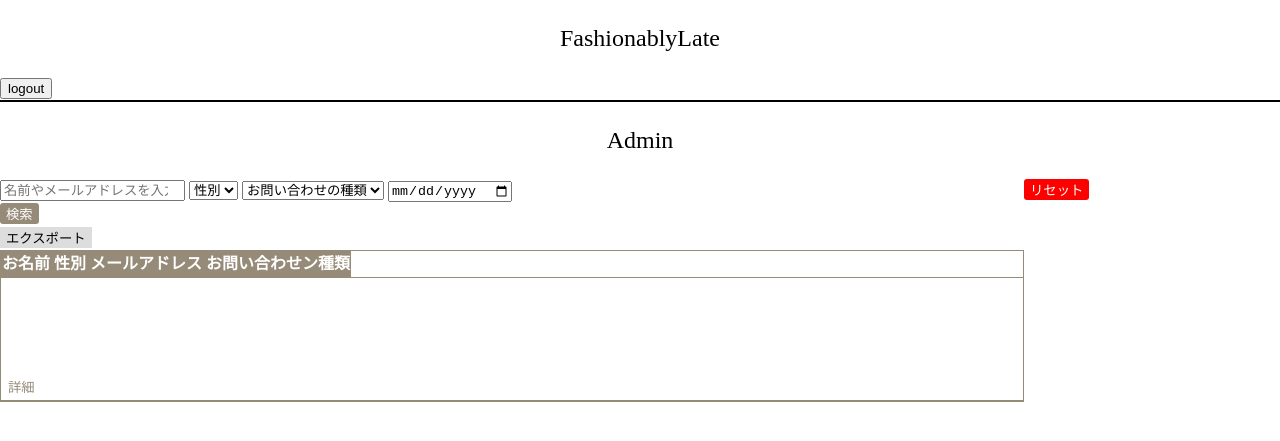
Repository: mayu-ya/test_form
Page: http://localhost/
An editor plug-in stored every save of this project. The page is shown before and after the next save, followed by the edit.
The browser window is 1280 px wide. The pictures show the whole page.
The page is served by the project's Laravel application, run on PHP 8.4 with Laravel 8. Other server files are loaded and not shown.

Above is the page before, as saved 2026-01-17 17:36:23.

### src/routes/web.php
<?php

use Illuminate\Support\Facades\Route;
use App\Http\Controllers\ContactController;

/*
|--------------------------------------------------------------------------
| Web Routes
|--------------------------------------------------------------------------
|
| Here is where you can register web routes for your application. These
| routes are loaded by the RouteServiceProvider within a group which
| contains the "web" middleware group. Now create something great!
|
*/

Route::get('/', [ContactController::class, 'index']);

### src/app/Http/Controllers/ContactController.php
<?php

namespace App\Http\Controllers;

use Illuminate\Http\Request;

class ContactController extends Controller
{
    public function index()
    {
        return view('admin');
    }
}

### src/resources/views/admin.blade.php
@extends('layouts.app')

@section('css')
<link rel="stylesheet" href="{{ asset('css/admin.css') }}">
@endsection

@section('header')
<nav class="header">
    <form action="">
        <button class="header__button">logout</button>
    </form>
</nav>
@endsection

@section('content')
<div class="content">
    <div class="title">
        <h2 class="title-h">Admin</h2>
    </div>

    <div class="search">
        <form action="" class="form__search">
            <div class="form__search-item">
                <input type="search" name="name" placeholder="名前やメールアドレスを入力してください">
                <select name="gender">
                    <option value="">性別</option>
                </select>
                <select name="content">
                    <option value="">お問い合わせの種類</option>
                </select>
                <input type="date" name="date">
                <div class="search__button">
                    <button class="search__button-submit" tyup="submit">検索</button>
                </div>
            </div>
        </form>
        <form action="" class="reset__button">
            <button class="reset__button-submit">リセット</button>
        </form>
    </div>

    <div class="export">
        <form action="" class="form__export">
            <button class="form__export-button">エクスポート</button>
        </form>
    </div>

    <div class="table-content">
        <table class="table">
            <tr class="table-row">
                <th class="table-title">
                    <span class="table-span">お名前</span>
                    <span class="table-span">性別</span>
                    <span class="table-span">メールアドレス</span>
                    <span class="table-span">お問い合わせン種類</span>
                </th>
            </tr>
            <tr class="table-row">
                <td class="table__item">
                    <form class="form">
                        <div class="form__item">
                            <div class="form__item-name">
                                <input type="text" class="form__item-input">
                            </div>
                            <div class="form_item-gender">
                                <input type="text" class="form__item-input">
                            </div>
                            <div class="form_item-email">
                                <input type="text" class="form__item-input">
                            </div>
                            <div class="form_item-content">
                                <input type="text" class="form__item-input">
                            </div>
                        </div>
                        <div class="form__button">
                            <button class="form__button-detail">詳細</button>
                        </div>
                    </form>
                </td>
            </tr>
        </table>
    </div>
</div>
@endsection

### src/resources/views/layouts/app.blade.php
<!DOCTYPE html>
<html lang="ja">
<head>
    <meta charset="UTF-8">
    <meta name="viewport" content="width=device-width, initial-scale=1.0">
    <title>FashionablyLate</title>
    <link rel="stylesheet" href="{{ asset('css/common.css') }}">
    <link rel="stylesheet" href="{{ asset('css/sanitize.css') }}">
    @yield('css')
</head>
<body>
    <header class="header">
        <div class="header-title">
            <div class="header-title__item">FashionablyLate</div>
        </div>
        @yield('header')
    </header>

    <main>
        @yield('content')
    </main>
</body>
</html>

### src/public/css/common.css
.header{
    border-bottom: 1px solid #000;
}

.header-title {
    margin: 0 auto;
    padding: 20px 15px;
    max-width: 1230px;
}

.header-title__item {
    font-size: 24px;
    text-align: center;
}

### src/public/css/sanitize.css
/* Document
* ========================================================================== */

/**
* Add border box sizing in all browsers (opinionated).
*/

*,
::before,
::after {
  box-sizing: border-box;
}

/**
* 1. Add text decoration inheritance in all browsers (opinionated).
* 2. Add vertical alignment inheritance in all browsers (opinionated).
*/

::before,
::after {
  vertical-align: inherit;
  /* 2 */
  text-decoration: inherit;
  /* 1 */
}

/**
* 1. Use the default cursor in all browsers (opinionated).
* 2. Change the line height in all browsers (opinionated).
* 3. Use a 4-space tab width in all browsers (opinionated).
* 4. Remove the grey highlight on links in iOS (opinionated).
* 5. Prevent adjustments of font size after orientation changes in
*    IE on Windows Phone and in iOS.
* 6. Breaks words to prevent overflow in all browsers (opinionated).
*/

html {
  word-break: break-word;
  /* 6 */
  -moz-tab-size: 4;
  /* 3 */
  tab-size: 4;
  /* 3 */
  line-height: 1.5;
  /* 2 */
  cursor: default;
  /* 1 */

  -webkit-tap-highlight-color: transparent
    /* 4 */
  ;
  -ms-text-size-adjust: 100%;
  /* 5 */
  -webkit-text-size-adjust: 100%;
  /* 5 */
}

/* Sections
* ========================================================================== */

/**
* Remove the margin in all browsers (opinionated).
*/

body {
  margin: 0;
}

/**
* Correct the font size and margin on `h1` elements within `section` and
* `article` contexts in Chrome, Edge, Firefox, and Safari.
*/

h1 {
  margin: 0.67em 0;
  font-size: 2em;
}

/* Grouping content
* ========================================================================== */

/**
* Remove the margin on nested lists in Chrome, Edge, IE, and Safari.
*/

dl dl,
dl ol,
dl ul,
ol dl,
ul dl {
  margin: 0;
}

/**
* Remove the margin on nested lists in Edge 18- and IE.
*/

ol ol,
ol ul,
ul ol,
ul ul {
  margin: 0;
}

/**
* 1. Add the correct sizing in Firefox.
* 2. Show the overflow in Edge 18- and IE.
*/

hr {
  overflow: visible;
  /* 2 */
  height: 0;
  /* 1 */
}

/**
* Add the correct display in IE.
*/

main {
  display: block;
}

/**
* Remove the list style on navigation lists in all browsers (opinionated).
*/

nav ol,
nav ul {
  padding: 0;
  list-style: none;
}

/**
* 1. Correct the inheritance and scaling of font size in all browsers.
* 2. Correct the odd `em` font sizing in all browsers.
*/

pre {
  font-size: 1em;
  /* 2 */
  font-family: monospace, monospace;
  /* 1 */
}

/* Text-level semantics
* ========================================================================== */

/**
* Remove the gray background on active links in IE 10.
*/

a {
  background-color: transparent;
}

/**
* Add the correct text decoration in Edge 18-, IE, and Safari.
*/

abbr[title] {
  text-decoration: underline;
  text-decoration: underline dotted;
}

/**
* Add the correct font weight in Chrome, Edge, and Safari.
*/

b,
strong {
  font-weight: bolder;
}

/**
* 1. Correct the inheritance and scaling of font size in all browsers.
* 2. Correct the odd `em` font sizing in all browsers.
*/

code,
kbd,
samp {
  font-size: 1em;
  /* 2 */
  font-family: monospace, monospace;
  /* 1 */
}

/**
* Add the correct font size in all browsers.
*/

small {
  font-size: 80%;
}

/* Embedded content
* ========================================================================== */

/*
* Change the alignment on media elements in all browsers (opinionated).
*/

audio,
canvas,
iframe,
img,
svg,
video {
  vertical-align: middle;
}

/**
* Add the correct display in IE 9-.
*/

audio,
video {
  display: inline-block;
}

/**
* Add the correct display in iOS 4-7.
*/

audio:not([controls]) {
  display: none;
  height: 0;
}

/**
* Remove the border on iframes in all browsers (opinionated).
*/

iframe {
  border-style: none;
}

/**
* Remove the border on images within links in IE 10-.
*/

img {
  border-style: none;
}

/**
* Change the fill color to match the text color in all browsers (opinionated).
*/

svg:not([fill]) {
  fill: currentColor;
}

/**
* Hide the overflow in IE.
*/

svg:not(:root) {
  overflow: hidden;
}

/* Tabular data
* ========================================================================== */

/**
* Collapse border spacing in all browsers (opinionated).
*/

table {
  border-collapse: collapse;
}

/* Forms
* ========================================================================== */

/**
* Remove the margin on controls in Safari.
*/

button,
input,
select {
  margin: 0;
}

/**
* 1. Show the overflow in IE.
* 2. Remove the inheritance of text transform in Edge 18-, Firefox, and IE.
*/

button {
  overflow: visible;
  /* 1 */
  text-transform: none;
  /* 2 */
}

/**
* Correct the inability to style buttons in iOS and Safari.
*/

button,
[type="button"],
[type="reset"],
[type="submit"] {
  -webkit-appearance: button;
}

/**
* 1. Change the inconsistent appearance in all browsers (opinionated).
* 2. Correct the padding in Firefox.
*/

fieldset {
  padding: 0.35em 0.75em 0.625em;
  /* 2 */
  border: 1px solid #a0a0a0;
  /* 1 */
}

/**
* Show the overflow in Edge 18- and IE.
*/

input {
  overflow: visible;
}

/**
* 1. Correct the text wrapping in Edge 18- and IE.
* 2. Correct the color inheritance from `fieldset` elements in IE.
*/

legend {
  display: table;
  /* 1 */
  max-width: 100%;
  /* 1 */
  color: inherit;
  /* 2 */
  white-space: normal;
  /* 1 */
}

/**
* 1. Add the correct display in Edge 18- and IE.
* 2. Add the correct vertical alignment in Chrome, Edge, and Firefox.
*/

progress {
  display: inline-block;
  /* 1 */
  vertical-align: baseline;
  /* 2 */
}

/**
* Remove the inheritance of text transform in Firefox.
*/

select {
  text-transform: none;
}

/**
* 1. Remove the margin in Firefox and Safari.
* 2. Remove the default vertical scrollbar in IE.
* 3. Change the resize direction in all browsers (opinionated).
*/

textarea {
  overflow: auto;
  /* 2 */
  margin: 0;
  /* 1 */
  resize: vertical;
  /* 3 */
}

/**
* Remove the padding in IE 10-.
*/

[type="checkbox"],
[type="radio"] {
  padding: 0;
}

/**
* 1. Correct the odd appearance in Chrome, Edge, and Safari.
* 2. Correct the outline style in Safari.
*/

[type="search"] {
  outline-offset: -2px;
  /* 2 */

  -webkit-appearance: textfield;
  /* 1 */
}

/**
* Correct the cursor style of increment and decrement buttons in Safari.
*/

::-webkit-inner-spin-button,
::-webkit-outer-spin-button {
  height: auto;
}

/**
* Correct the text style of placeholders in Chrome, Edge, and Safari.
*/

::-webkit-input-placeholder {
  color: inherit;
  opacity: 0.54;
}

/**
* Remove the inner padding in Chrome, Edge, and Safari on macOS.
*/

::-webkit-search-decoration {
  -webkit-appearance: none;
}

/**
* 1. Correct the inability to style upload buttons in iOS and Safari.
* 2. Change font properties to `inherit` in Safari.
*/

::-webkit-file-upload-button {
  font: inherit;
  /* 2 */

  -webkit-appearance: button;
  /* 1 */
}

/**
* Remove the inner border and padding of focus outlines in Firefox.
*/

::-moz-focus-inner {
  padding: 0;
  border-style: none;
}

/**
* Restore the focus outline styles unset by the previous rule in Firefox.
*/

:-moz-focusring {
  outline: 1px dotted ButtonText;
}

/**
* Remove the additional :invalid styles in Firefox.
*/

:-moz-ui-invalid {
  box-shadow: none;
}

/* Interactive
* ========================================================================== */

/*
* Add the correct display in Edge 18- and IE.
*/

details {
  display: block;
}

/*
* Add the correct styles in Edge 18-, IE, and Safari.
*/

dialog {
  position: absolute;
  right: 0;
  left: 0;
  display: block;
  margin: auto;
  padding: 1em;
  width: -moz-fit-content;
  width: -webkit-fit-content;
  width: fit-content;
  height: -moz-fit-content;
  height: -webkit-fit-content;
  height: fit-content;
  border: solid;
  background-color: white;
  color: black;
}

dialog:not([open]) {
  display: none;
}

/*
* Add the correct display in all browsers.
*/

summary {
  display: list-item;
}

/* Scripting
* ========================================================================== */

/**
* Add the correct display in IE 9-.
*/

canvas {
  display: inline-block;
}

/**
* Add the correct display in IE.
*/

template {
  display: none;
}

/* User interaction
* ========================================================================== */

/*
* 1. Remove the tapping delay in IE 10.
* 2. Remove the tapping delay on clickable elements
in all browsers (opinionated).
*/

a,
area,
button,
input,
label,
select,
summary,
textarea,
[tabindex] {
  -ms-touch-action: manipulation;
  /* 1 */
  touch-action: manipulation;
  /* 2 */
}

/**
* Add the correct display in IE 10-.
*/

[hidden] {
  display: none;
}

/* Accessibility
* ========================================================================== */

/**
* Change the cursor on busy elements in all browsers (opinionated).
*/

[aria-busy="true"] {
  cursor: progress;
}

/*
* Change the cursor on control elements in all browsers (opinionated).
*/

[aria-controls] {
  cursor: pointer;
}

/*
* Change the cursor on disabled, not-editable, or otherwise
* inoperable elements in all browsers (opinionated).
*/

[aria-disabled="true"],
[disabled] {
  cursor: not-allowed;
}

/*
* Change the display on visually hidden accessible elements
* in all browsers (opinionated).
*/

[aria-hidden="false"][hidden] {
  display: initial;
}

[aria-hidden="false"][hidden]:not(:focus) {
  position: absolute;
  clip: rect(0, 0, 0, 0);
}

### src/public/css/admin.css
.content {
    max-width: 1536px;
}

.title {
    margin: 0 auto;
}

.title-h {
    text-align: center;
    font-weight: lighter;
}

.search {
    display: flex;
}

.form__search {
    width: 80%;
    display: flex;
}





.search__button-submit {
    background: #968b79;
    color: white;
    border-radius: 3px;
    border: none;
    cursor: pointer;
}

.reset__button-submit {
    background: red;
    color: white;
    border-radius: 3px;
    border: none;
    cursor: pointer;
}

.form__export-button {
    background: #ddd;
    border: none;
}

.table-content {
    width: 80%;
}

.table {
    border: 1px solid #968b79;
    width: 100%;
}

.table-row {
    border-bottom: 1px solid #968b79;
    display: flex;
}

.table-title {
   background: #968b79;
}

.table-span {
    color: white;
    border: none;
}

.form__item-input {
    outline: none;
    border: none;
}

.form__button-detail {
    background: white;
    color: #968b79;
    border: #968b79;
    border-radius: 3px;
    cursor: pointer;
}

Loaded but not shown: src/app/Http/Controllers/Controller.php (common file)

After the next save:
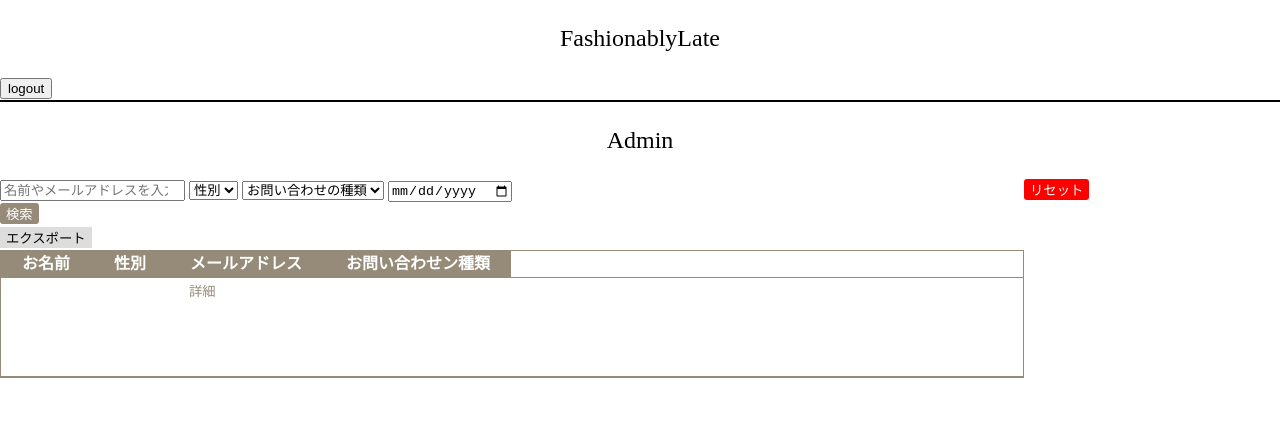
Saved 115 s later.
--- a/src/public/css/admin.css
+++ b/src/public/css/admin.css
@@ -66,6 +66,11 @@
 .table-span {
     color: white;
     border: none;
+    padding: 5px 20px;
+}
+
+.form {
+    display: flex;
 }
 
 .form__item-input {
